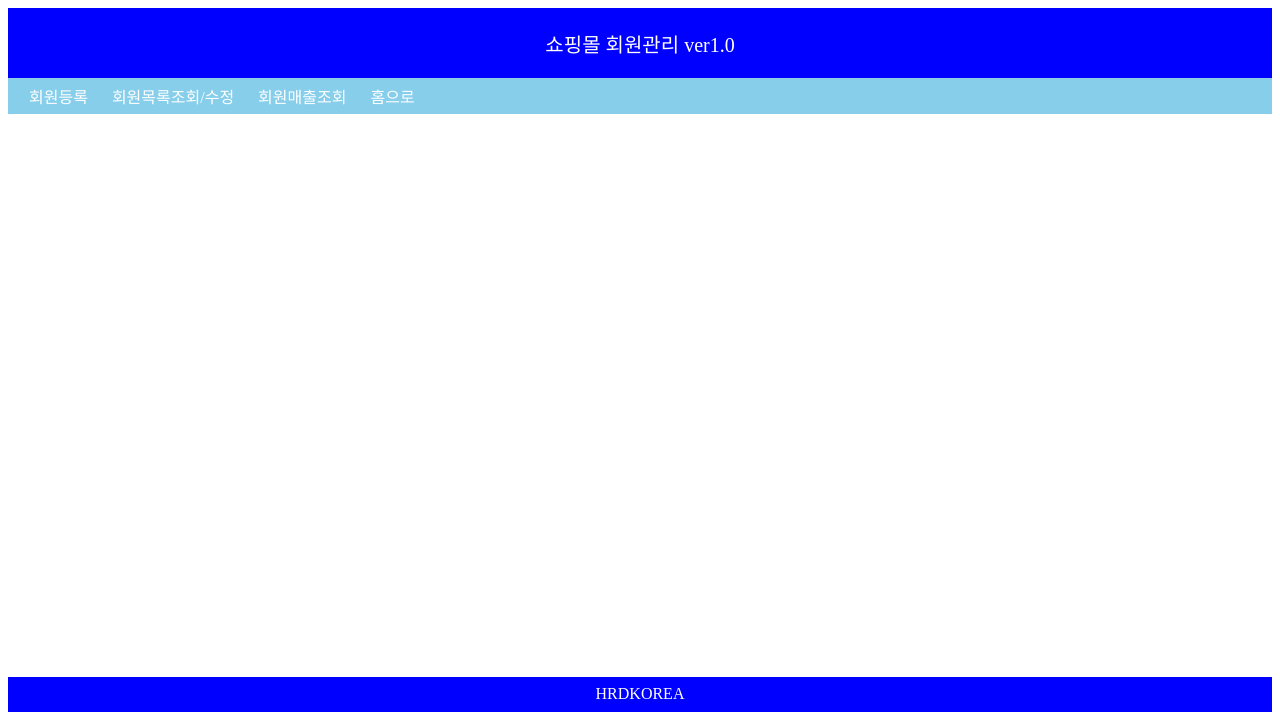
Repository: choigobin/Programming
Page: http://localhost/HRD_1119/
The author's editor kept a copy of each file at every save. The page is drawn from the files as they stood at one save, then again after the next save.
The browser window is 1280 px wide. The pictures show the whole page.
The page is served by Tomcat 9.

Above is the page before, as saved 2019-11-19 06:47:36.

### YangJung/workspace/HRD_1119/WebContent/index.jsp
<%@ page language="java" contentType="text/html; charset=UTF-8"
    pageEncoding="UTF-8"%>
<html>
<head>
<meta charset="UTF-8">
<style>
#tb1 {
		height:100%; width:100%;
		border: 0px;
		border-collapse: collapse;
		}
#tb2{
	border: solide black 1px;
	border-collapse: separate;
	}
#t1 {
	border: 0px;
	}
tr,td,th{
	border: solid black 1px;
	}
a{
	color:white;
	text-decoration:none;
}
</style>
<title>쇼핑몰 회원관리</title>
</head>
<body>
<table id="tb1">
<tr id="t1" height="10%"><%-- header --%>
	<td id="t1" bgcolor="blue" align="center">
		<span style="font-size:20px; color:white;">쇼핑몰 회원관리 ver1.0</span>
	</td>
</tr>
<tr id="t1" height="5%"><%-- nav --%>
	<td id="t1" bgcolor="skyblue" align="left">
		<span style="color:white;">
			&nbsp&nbsp&nbsp&nbsp
			<a href="#">회원등록</a>
			&nbsp&nbsp&nbsp&nbsp
			<a href="#">회원목록조회/수정</a>
			&nbsp&nbsp&nbsp&nbsp
			<a href="#">회원매출조회</a>
			&nbsp&nbsp&nbsp&nbsp
			<a href="index.jsp">홈으로</a>
		</span>
	</td>
</tr>
<tr id="t1">
	<td id="t1">

	</td>
</tr>
<tr id="t1" height="5%"><%-- footer --%>
	<td id="t1" bgcolor="blue" align="center">
		<span style="color:white;">HRDKOREA</span>
	</td>
</tr>
</table>
</body>
</html>

After the next save:
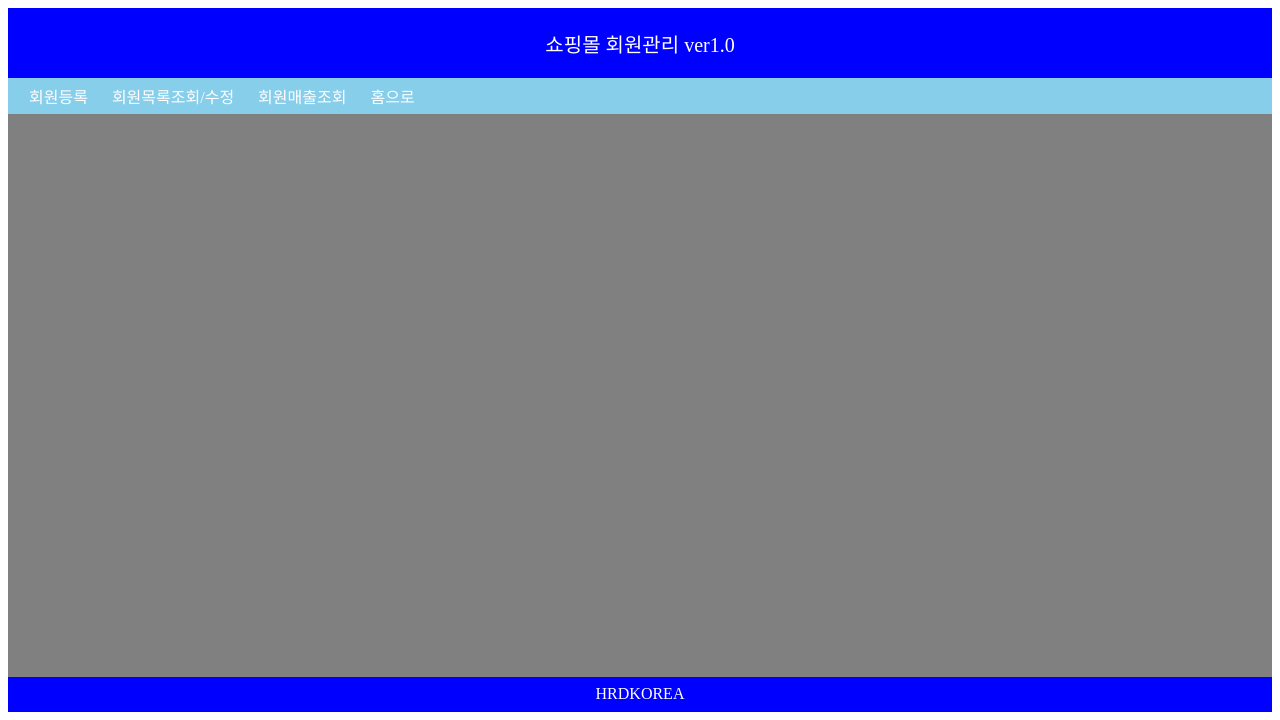
Saved 51 s later.
--- a/YangJung/workspace/HRD_1119/WebContent/index.jsp
+++ b/YangJung/workspace/HRD_1119/WebContent/index.jsp
@@ -48,7 +48,7 @@ a{
 	</td>
 </tr>
 <tr id="t1">
-	<td id="t1">
+	<td id="t1" bgcolor="gray" valign="top">
 
 	</td>
 </tr>
